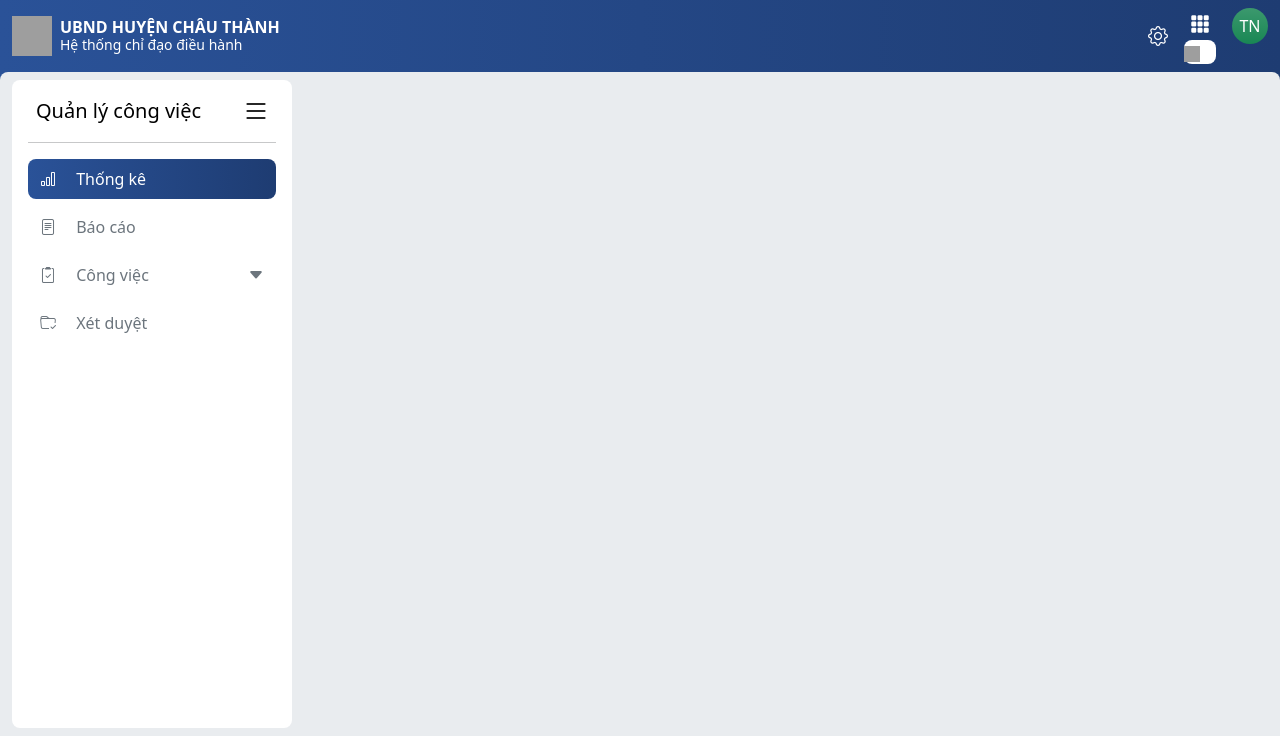
Repository: mys-pro/DATT-HeThongChiDaoDieuHanh
Page: index.html
An editor plug-in stored every save of this project. The page is shown before and after the next save, followed by the edit.
The browser window is 1280 px wide. The pictures show the whole page.
Pictures or frames that could not be fetched are drawn as grey boxes.

Above is the page before, as saved 2024-04-21 14:55:37.

### index.html
<!DOCTYPE html>
<html lang="en">

<head>
    <meta charset="UTF-8">
    <meta name="viewport" content="width=device-width, initial-scale=1.0">
    <link rel="icon" href="./Assets/Image/icon.png" />
    <title>Hệ thống chỉ đạo điều hành</title>
    <link rel="stylesheet" href="./Bootstrap/bootstrap-icons-1.11.3/font/bootstrap-icons.min.css">
    <link rel="stylesheet" href="./Bootstrap/bootstrap-5.3.3-dist/css/bootstrap.min.css">
    <link rel="stylesheet" href="./Assets/css/Styles.css">
    <script src="./Assets/js/jquery-3.7.1.min.js"></script>
    <script src="./Bootstrap/bootstrap-5.3.3-dist/js/bootstrap.bundle.min.js"></script>
    <script src="./Assets/js/script.js"></script>
</head>

<body>
    <div class="app">
        <header class="header">
            <nav class="header__navbar navbar">
                <div class="header__navbar-container container-fluid">
                    <a href="#" class="header__navbar-logo navbar-brand p-0 d-flex">
                        <img class="header__navbar-img" src="./Assets/Image/Logo.png" alt="">
                        <div class="header__navbar-name mx-2 text-white align-content-center">
                            <h6 class="fw-bold p-0 m-0">UBND HUYỆN CHÂU THÀNH</h6>
                            <h6 class="fw-normal p-0 m-0">Hệ thống chỉ đạo điều hành</h6>
                        </div>
                    </a>

                    <ul class="header__navbar-list list-inline p-0 m-0 d-flex">
                        <li class="header__navbar-item ms-3 align-content-center">
                            <a class="border-0 bg-transparent rounded-circle text-white">
                                <i class="bi bi-gear fs-5"></i>
                            </a>
                        </li>
                        <li class="header__navbar-item ms-3 align-content-center">
                            <button type="button" class="border-0 bg-transparent rounded-circle text-white"
                            id="dropdown-apps">
                                <i class="bi bi-grid-3x3-gap-fill fs-5"></i>
                            </button>
                            <div class="row-cols-2 bg-white rounded-3" id="list-apps">
                                <div class="col">
                                    <img src="./Assets/Image/task-icon.png" alt="" width="16px" height="16px">
                                </div>
                            </div>
                        </li>
                        <li class="header__navbar-item ms-3">
                            <div class="header__navbar-avatar border-0 bg-success bg-gradient rounded-circle text-white text-center align-content-center">TN</div>
                        </li>
                    </ul>
                </div>
            </nav>
        </header>

        <div class="app__container bg-body-secondary rounded-top-3 py-2">
            <div class="container-fluid">
                <div class="sidebar bg-white rounded-3 p-3 open">
                    <div class="side__bar-tile d-flex position-relative">
                        <span class="ms-2 text-black fs-5 text-nowrap">Quản lý công việc</span>
                        <button type="button"
                            class="sidebar__collapse-btn border-0 bg-white position-absolute text-end end-0">
                            <i class="bi bi-list"></i>
                        </button>
                    </div>
                    <hr>

                    <ul class="sidebar-list list-unstyled p-0 m-0">
                        <li class="sidebar-item mb-2">
                            <a href="#" class="rounded-3 text-secondary text-nowrap d-block active">
                                <i class="bi bi-bar-chart me-3"></i>
                                <span>Thống kê</span>
                            </a>
                        </li>

                        <li class="sidebar-item mb-2">
                            <a href="#" class="rounded-3 text-secondary text-nowrap d-block">
                                <i class="bi bi-file-text me-3"></i>
                                <span>Báo cáo</span>
                            </a>
                        </li>

                        <li class="sidebar-item mb-2">
                            <a href="#" class="position-relative rounded-3 text-secondary text-nowrap d-block collapsed"
                                data-bs-toggle="collapse" data-bs-target="#sidebarToggleExternalContent">
                                <i class="bi bi-clipboard2-check me-3"></i>
                                <span>Công việc</span>
                                <i class="bi bi-caret-down-fill"></i>
                            </a>

                            <ul class="sidebar-list-child collapse list-inline text-secondary text-nowrap"
                                id="sidebarToggleExternalContent">
                                <li class="sidebar-item-child mt-2">
                                    <a href="#"
                                        class="text-secondary rounded-3 text-nowrap d-block d-flex justify-content-between align-items-center active">
                                        Tất cả
                                        <span class="badge text-bg-danger rounded-pill">1</span>
                                    </a>
                                </li>
                                <li class="sidebar-item-child mt-2">
                                    <a href="#"
                                        class="text-secondary rounded-3 text-nowrap d-block d-flex justify-content-between align-items-center">
                                        Dự thảo
                                        <span class="badge text-bg-danger rounded-pill">1</span>
                                    </a>
                                </li>
                                <li class="sidebar-item-child mt-2">
                                    <a href="#"
                                        class="text-secondary rounded-3 text-nowrap d-block d-flex justify-content-between align-items-center">
                                        Hoàn thành
                                        <span class="badge text-bg-danger rounded-pill">1</span>
                                    </a>
                                </li>
                                <li class="sidebar-item-child mt-2">
                                    <a href="#"
                                        class="text-secondary rounded-3 text-nowrap d-block d-flex justify-content-between align-items-center">
                                        Chờ phê duyệt
                                        <span class="badge text-bg-danger rounded-pill">1</span>
                                    </a>
                                </li>
                                <li class="sidebar-item-child mt-2">
                                    <a href="#"
                                        class="text-secondary rounded-3 text-nowrap d-block d-flex justify-content-between align-items-center">
                                        Làm lại
                                        <span class="badge text-bg-danger rounded-pill">1</span>
                                    </a>
                                </li>
                                <li class="sidebar-item-child mt-2">
                                    <a href="#"
                                        class="text-secondary rounded-3 text-nowrap d-block d-flex justify-content-between align-items-center">
                                        Bị hủy
                                        <span class="badge text-bg-danger rounded-pill">1</span>
                                    </a>
                                </li>
                            </ul>
                        </li>

                        <li class="sidebar-item mb-2">
                            <a href="#" class="rounded-3 text-secondary text-nowrap d-block">
                                <i class="bi bi-folder-check me-3"></i>
                                <span>Xét duyệt</span>
                            </a>
                        </li>
                    </ul>
                </div>
            </div>
        </div>
    </div>
</body>

</html>

### Assets/css/Styles.css
:root {
    --primary-color: #2a5298;
    --primary-gradient-color: linear-gradient(to left, #1e3c72, #2a5298);
    --bs-body-color: #212529;
}

body {
    overflow: auto;
}

.col-0 {
    display: none;
}

.app {
    background-image: var(--primary-gradient-color);
}
/* ======Navbar====== */
.header__navbar-img {
    width: 40px;
    height: 40px;
}

.header__navbar-name h6:first-child {
    font-size: 16px;
}

.header__navbar-name h6:last-child {
    font-size: 14px;
}

.header__navbar-avatar {
    width: 36px;
    height: 36px;
}

.header__navbar-item a {
    cursor: pointer;
}

.header__navbar-item span {
    top: 25%;
    right: -15px;
}
/* ======Sidebar====== */
.sidebar {
    --height: calc(100vh - 56px - 16px);
    min-height: var(--height);
    width: 72px;
    transition: all .2s ease-out;
}

.sidebar.open {
    width: 280px;
}

.sidebar a {
    padding: 8px 12px;
    text-decoration: none;
    overflow: hidden;
}

.sidebar span {
    overflow: hidden;
}

.sidebar__collapse-btn {
    font-size: 28px;
    line-height: 0;
}

.sidebar-list-child {
    overflow: hidden;
}

.sidebar-item > a:hover {
    background-color: rgba(0, 0, 0, 0.05) !important;
}

.sidebar-item > a:active {
    background-color: rgba(0, 0, 0, 0.1) !important;
}

.sidebar-item > a.active {
    background-image: var(--primary-gradient-color);
    color: white !important;
}

.sidebar:not(.open) .sidebar-list-child {
    display: none;
}

.sidebar-item > a[data-bs-toggle="collapse"].collapsed > i:last-child {
    position: absolute;
    right: 12px;
    top: 0.5rem;
    transform: rotate(0deg);
    transition: all .2s ease-out;
}

.sidebar-item > a[data-bs-toggle="collapse"] > i:last-child {
    position: absolute;
    right: 12px;
    top: 0.5rem;
    transform: rotate(180deg);
    transition: all .2s ease-out;
}

.sidebar:not(.open) .sidebar-item > a[data-bs-toggle="collapse"] > i:last-child {
    display: none;
}

.sidebar-item-child > a:not(.active):hover {
    background-color: rgba(0, 0, 0, 0.05) !important;
}

.sidebar-item-child > a:not(.active):active,
.sidebar-item-child > a.active {
    background-color: rgba(0, 0, 0, 0.1) !important;
}

@media (max-width: 576px) {
    .sidebar {
        display: none;
    }

    .header__navbar-list {
        display: none !important;
    }
}

### Assets/js/script.js
$(document).ready(function() {
    $('.sidebar__collapse-btn').click(function() {
        $(".sidebar").toggleClass("open");
    });

    $('.sidebar-item > a').click(function() {
        $('.sidebar-item > a').removeClass("active");
        $(this).addClass("active");
        $('#sidebarToggleExternalContent').collapse('hide');
    });

    $('.sidebar-item > a[data-bs-toggle="collapse"]').click(function() {
        $('.sidebar-item-child > a').removeClass("active");
        $('.sidebar-item-child > a:first').addClass("active");
      });

    $('.sidebar-item-child > a').click(function() {
        $('.sidebar-item-child > a').removeClass("active");
        $(this).addClass("active");
    });
});

Loaded but not shown: library/Bootstrap/bootstrap-icons-1.11.3/font/bootstrap-icons.min.css (library); library/Bootstrap/bootstrap-5.3.3-dist/css/bootstrap.min.css (library); Public/js/jquery-3.7.1.min.js (library); library/Bootstrap/bootstrap-5.3.3-dist/js/bootstrap.bundle.min.js (library)

After the next save:
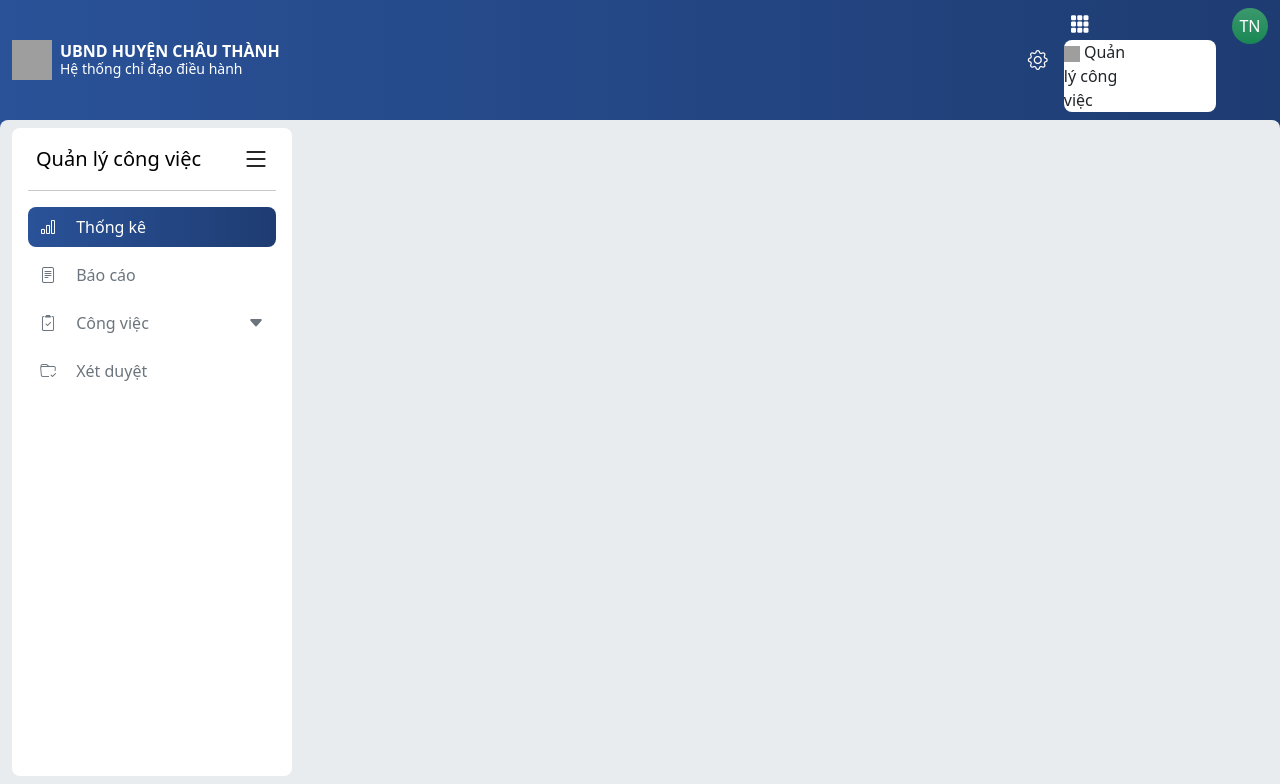
Saved 50 s later.
--- a/index.html
+++ b/index.html
@@ -41,6 +41,7 @@
                             <div class="row-cols-2 bg-white rounded-3" id="list-apps">
                                 <div class="col">
                                     <img src="./Assets/Image/task-icon.png" alt="" width="16px" height="16px">
+                                    Quản lý công việc
                                 </div>
                             </div>
                         </li>
